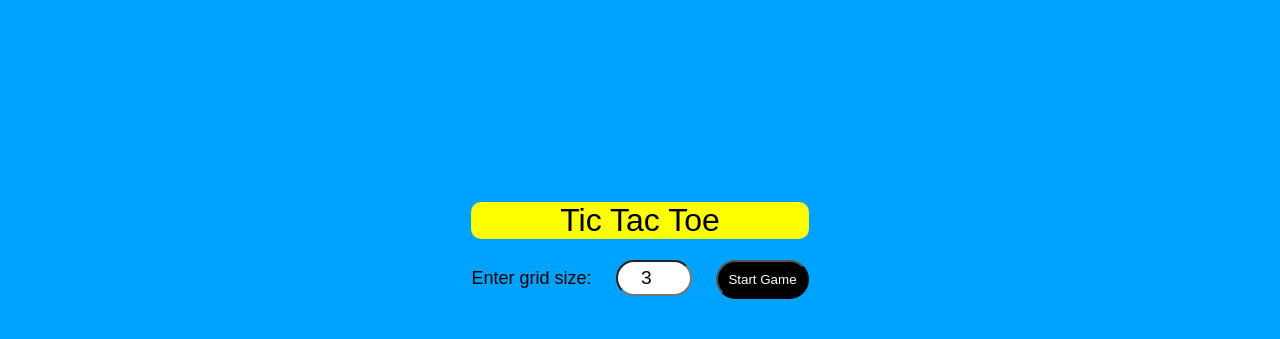
Repository: Shamraiz761/tik_tak_toe_game
Page: index.html
These files come from the project's save history. The page is drawn as it stood at one moment and after the next save; the edit follows.
The browser window is 1280 px wide. The pictures show the whole page.

Above is the page before, as saved 2024-01-09 12:01:39.

After the next save:
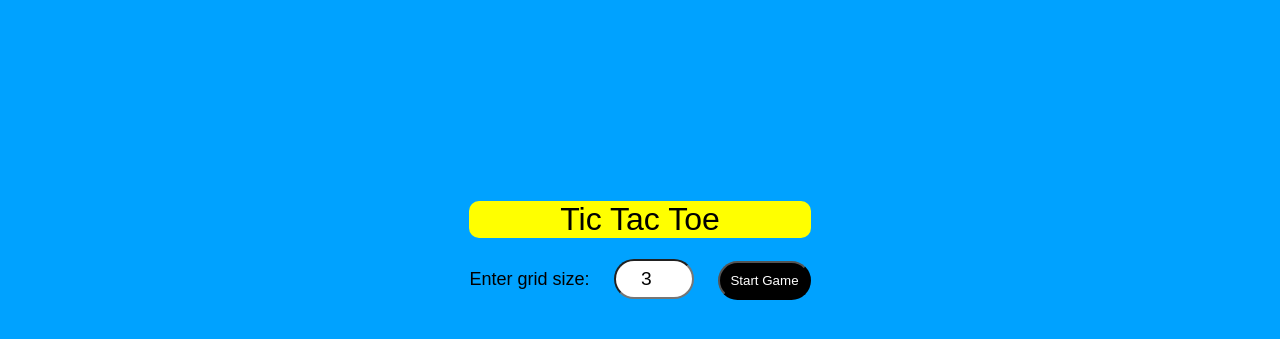
Saved 4 s later.
--- a/styles.css
+++ b/styles.css
@@ -47,7 +47,7 @@ body{
 
   #sizeInput{
     text-align: center;
-    padding: 5px;
+    padding: 7px;
     font-size: larger;
     border-radius: 20px;
   }
